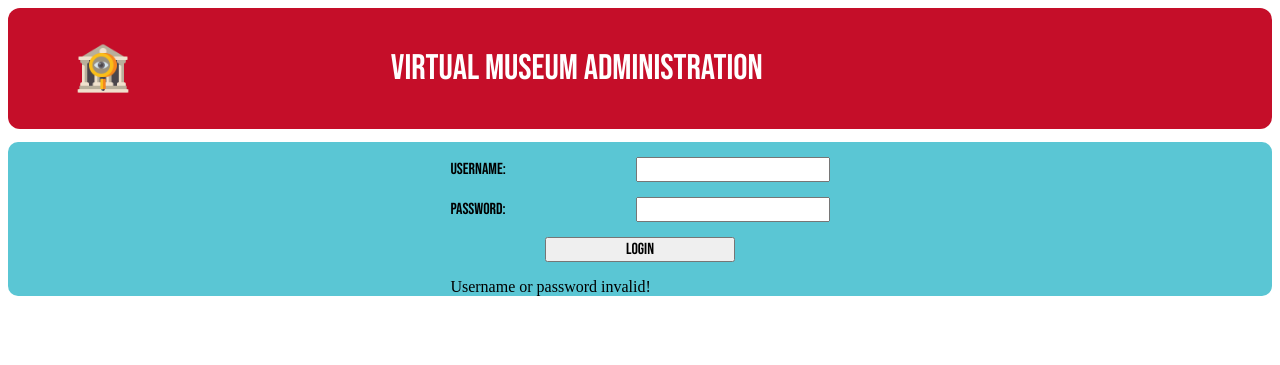
Repository: njegos-dukic/Virtual-Museum
Page: http://localhost/VirtualMuseumAdmin/jsp/Login.jsp
These files come from the project's save history. The page is drawn as it stood at one moment and after the next save; the edit follows.
The browser window is 1280 px wide. The pictures show the whole page.
The page is served by Tomcat 9.

Above is the page before, as saved 2022-01-06 15:19:40.

After the next save:
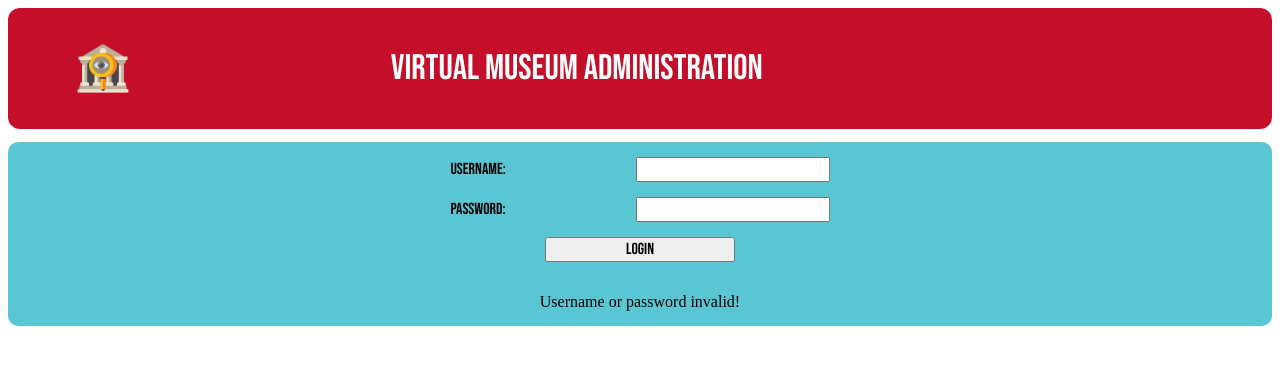
Saved 14 s later.
--- a/VirtualMuseumAdmin/WebContent/jsp/Login.jsp
+++ b/VirtualMuseumAdmin/WebContent/jsp/Login.jsp
@@ -47,9 +47,9 @@
 	            </div>
 	            <div class="museum-edit-single-input margin-botton-4perc">
 	                <input class="museum-edit-input-field" type="submit" value="Login">
-	            </div class="museum-edit-single-input margin-botton-4perc">
+	            </div>
 	            <% if (!"1".equals(response.getHeader("login-invalid")))  %>
-	            	<div>Username or password invalid!</div>
+	            	<div class="museum-edit-single-input margin-botton-4perc">Username or password invalid!</div>
 	        </form>
 
 
